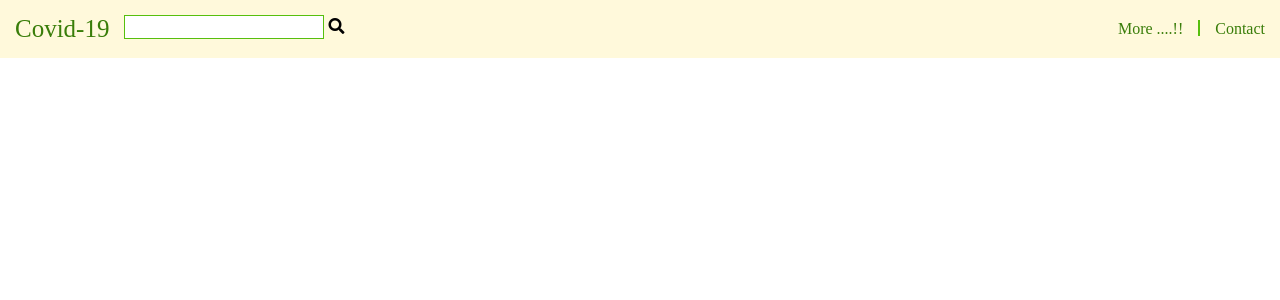
Repository: thuongton98/Covid
Page: html-css-js/index.html
These files come from the project's save history. The page is drawn as it stood at one moment and after a run of saves; the edit follows.
The browser window is 1280 px wide. The pictures show the whole page.

Above is the page before, as saved 2021-07-01 09:10:06.

### html-css-js/index.html
<!DOCTYPE html>
<html lang="en">
<head>
    <meta charset="UTF-8">
    <meta http-equiv="X-UA-Compatible" content="IE=edge">
    <meta name="viewport" content="width=device-width, initial-scale=1.0">
    <link rel="stylesheet" href="https://use.fontawesome.com/releases/v5.15.3/css/all.css" integrity="sha384-SZXxX4whJ79/gErwcOYf+zWLeJdY/qpuqC4cAa9rOGUstPomtqpuNWT9wdPEn2fk" crossorigin="anonymous">
    <link rel="stylesheet" href="./styles.css">
    <title>Covid-19</title>
</head>
<body>
    <nav>
        <div class="icon">
            <div class="icon-i">Covid-19</div>
            <div class="icon-search">
                <input type="text">
                <i class="fas fa-search"></i>
            </div>

        </div>
        <ul class="nav-i">
            <li>More ....!!</li>
            <li>Contact</li>
        </ul>
    </nav>
</body>
</html>

### html-css-js/styles.css

*{
    padding: 0;
    margin: 0;
    box-sizing: border-box;
}



nav{
    background-color: #fff9db;
    display: flex;
    justify-content: space-between;
    padding:15px
}


nav .icon{
    display: flex;
}

nav .nav-i{
    display: flex;
}

nav .nav-i li{
    list-style: none;
    padding-right: 15px;
    padding-top:5px;
    color:#397d09;
    cursor: pointer;
}

nav .nav-i li:hover{
    color:#57bf0d;
}

nav .nav-i li:last-child{
    padding-right:0;
}

nav .nav-i li:after{
    content: '';
    border: 1px solid #57bf0d;
    margin-left:15px;
    font-size: 12px;
    position: relative;
    top:-2px;
}

nav .nav-i li:last-child::after{
    display: none;
}

nav .icon .icon-i{
    font-size: 25px;
    color: #397d09;
    cursor: pointer;
}

nav .icon .icon-search{
    margin-left:15px;
}


nav .icon .icon-search input{
   padding: 1px;
   width: 200px;
   outline: none;
   border: none;
   font-size: 17px;
   border:1px solid #57bf0d

}

After the next 2 saves:
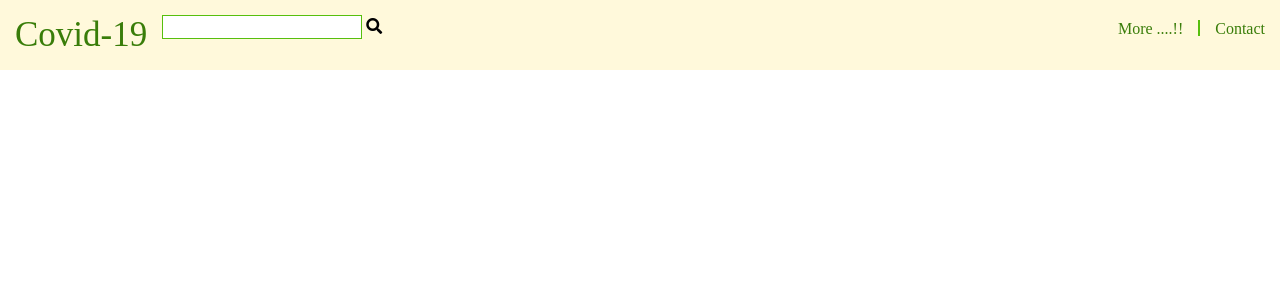
The 2 saves are shown as one change because they came seconds apart.
The last was saved 12 s later.
--- a/html-css-js/styles.css
+++ b/html-css-js/styles.css
@@ -53,7 +53,7 @@ nav .nav-i li:last-child::after{
 }
 
 nav .icon .icon-i{
-    font-size: 25px;
+    font-size: 35px;
     color: #397d09;
     cursor: pointer;
 }
